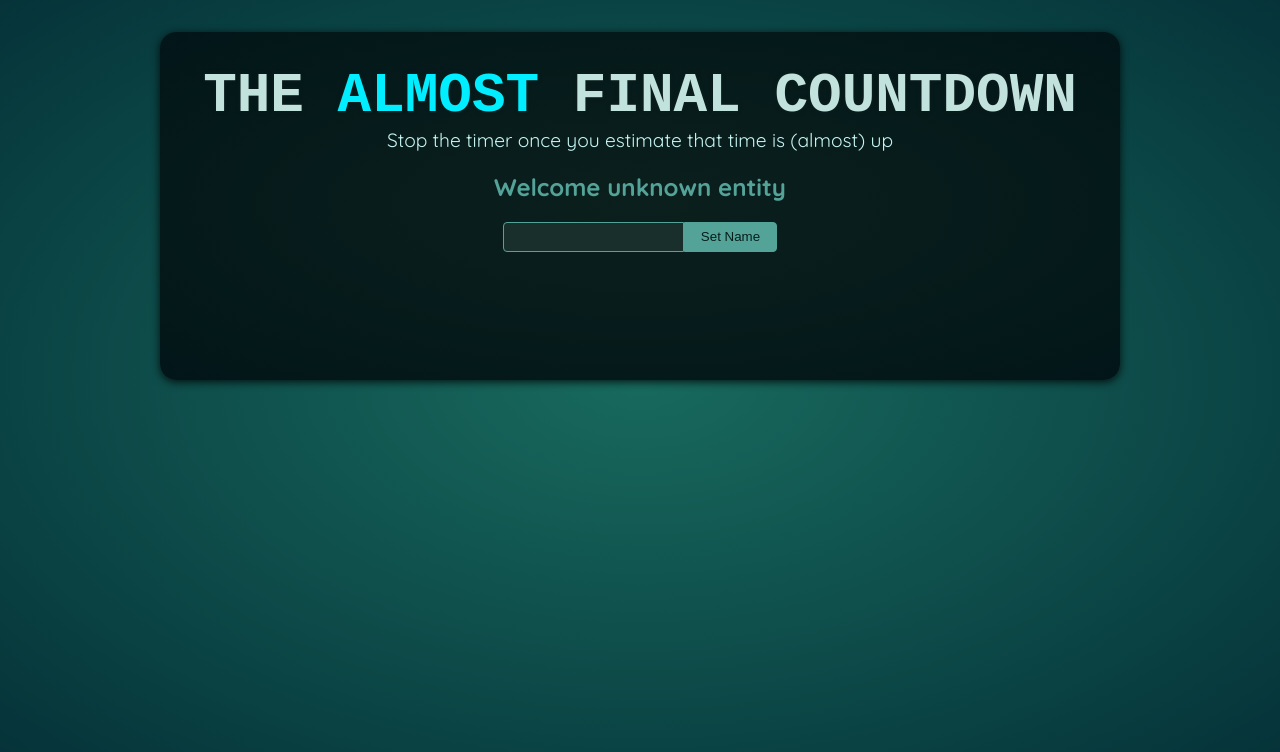
Repository: H-ala/react-near-end
Page: /
The author's editor kept a copy of each file at every save. The page is drawn from the files as they stood at one save, then again after a run of saves.
The browser window is 1280 px wide. The pictures show the whole page.
Some web fonts or font styles are not loaded; a fallback is used. The project was rebuilt for these pictures with package versions that can differ from the ones it lists, and the page was loaded fresh each time. Also part of the build but not shown: vite.config.js.

Above is the page before, as saved 2025-09-24 21:04:50.

### src/components/Player.jsx
import { useState, useRef } from "react";

export default function Player() {
  const playerName = useRef();

  const [enteredPlayerName, setEnteredPlayerName] = useState("");
  const [submitted, setSubmitted] = useState(false);

  function handleChange(event) {
    setSubmitted(false);
    setPlayerName(event.target.value);
  }

  function handleClick() {
    setEnteredPlayerName(playerName.current.value);
  }
  return (
    <section id="player">
      <h2>Welcome {submitted ? enteredPlayerName : "unknown entity"}</h2>
      <p>
        <input
          ref={playerName}
          type="text"
          value={enteredPlayerName}
          onChange={handleChange}
        />
        <button onClick={handleClick}>Set Name</button>
      </p>
    </section>
  );
}

Loaded but not shown: index.html (common file); src/main.jsx (common file); src/App.jsx (common file); src/index.css (common file)

After the next 2 saves:
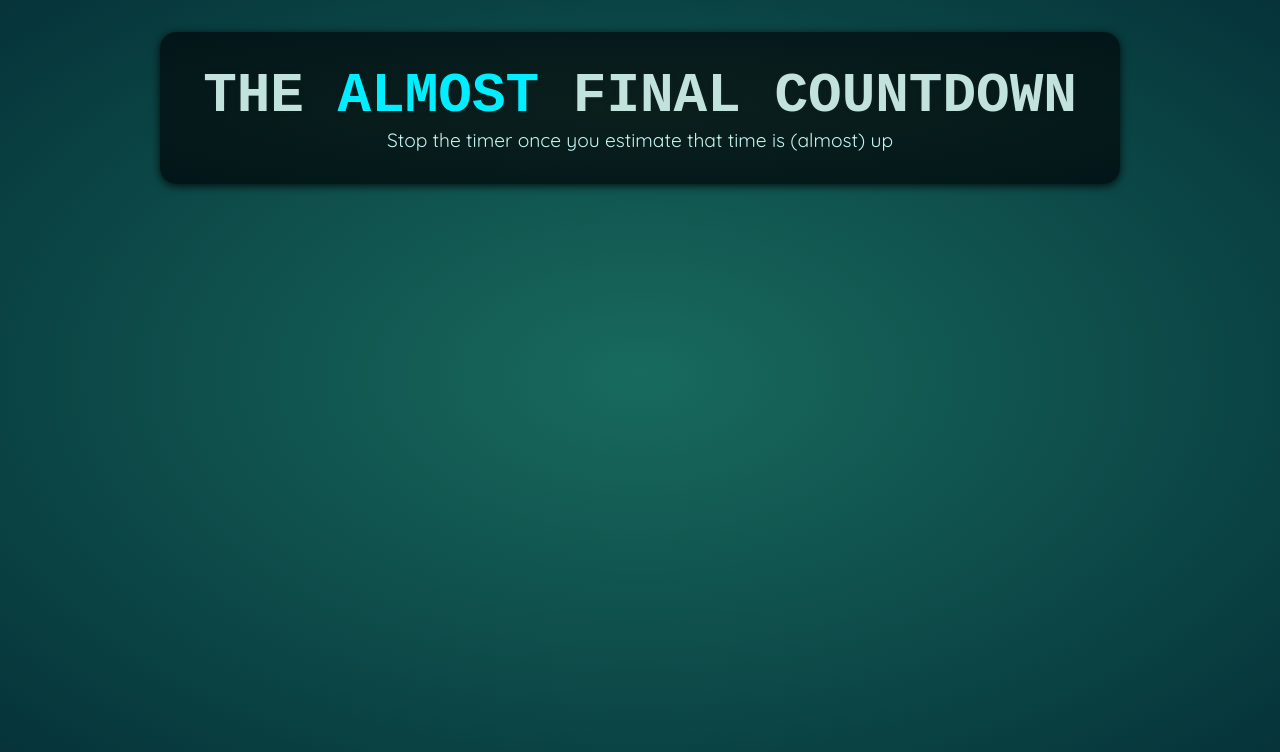
Console error: ReferenceError: submitted is not defined
The 2 saves are shown as one change because they came seconds apart.
The last was saved 42 s later.
--- a/src/components/Player.jsx
+++ b/src/components/Player.jsx
@@ -4,12 +4,6 @@
   const playerName = useRef();
 
   const [enteredPlayerName, setEnteredPlayerName] = useState("");
-  const [submitted, setSubmitted] = useState(false);
-
-  function handleChange(event) {
-    setSubmitted(false);
-    setPlayerName(event.target.value);
-  }
 
   function handleClick() {
     setEnteredPlayerName(playerName.current.value);

After the 3 saves that followed:
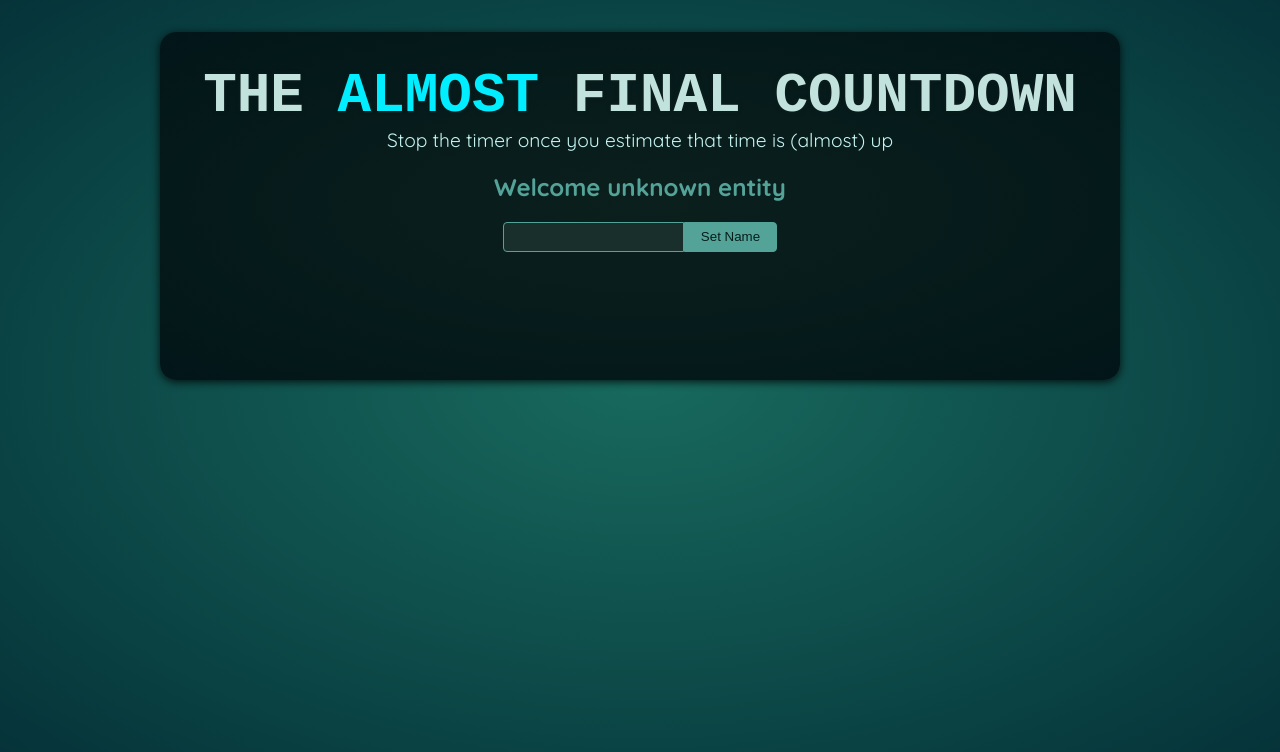
The error is gone.
The 3 saves are shown as one change because 2 left the picture as it was.
The last was saved 74 s later.
--- a/src/components/Player.jsx
+++ b/src/components/Player.jsx
@@ -3,20 +3,18 @@
 export default function Player() {
   const playerName = useRef();
 
-  const [enteredPlayerName, setEnteredPlayerName] = useState("");
+  const [enteredPlayerName, setEnteredPlayerName] = useState("unknown entity");
 
   function handleClick() {
     setEnteredPlayerName(playerName.current.value);
   }
   return (
     <section id="player">
-      <h2>Welcome {submitted ? enteredPlayerName : "unknown entity"}</h2>
+      <h2>Welcome {enteredPlayerName}</h2>
       <p>
         <input
           ref={playerName}
           type="text"
-          value={enteredPlayerName}
-          onChange={handleChange}
         />
         <button onClick={handleClick}>Set Name</button>
       </p>
